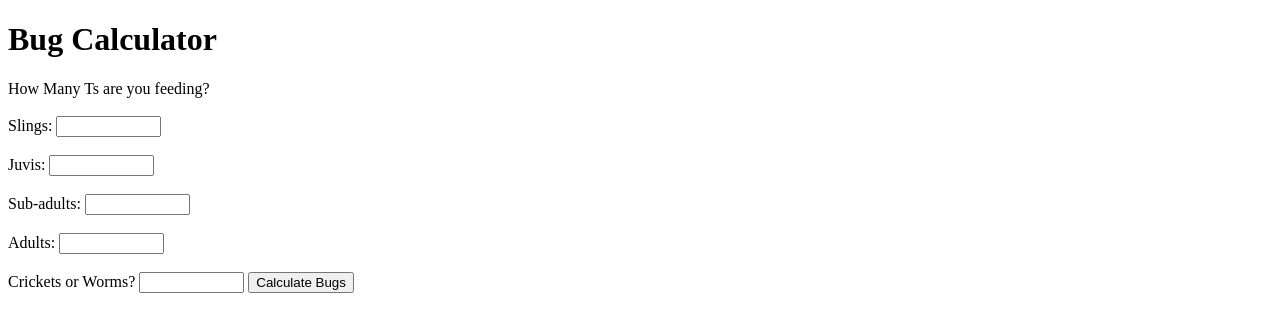
Repository: champloo2/JSPServeletCIS175
Page: http://localhost/TFeeder/bugCalc.jsp
The author's editor kept a copy of each file at every save. The page is drawn from the files as they stood at one save, then again after the next save.
The browser window is 1280 px wide. The pictures show the whole page.
The page is served by Tomcat 9. Other server files are loaded and not shown.

Above is the page before, as saved 2020-02-12 05:39:53.

### TFeeder/WebContent/bugCalc.jsp
<%@ page language="java" contentType="text/html; charset=ISO-8859-1"
    pageEncoding="ISO-8859-1"%>
<!DOCTYPE html>
<html>

<head>
<meta charset="ISO-8859-1">
<title>Bug Calculator</title>
</head>
<body>
<h1>Bug Calculator</h1>
<form action="bugCalcServlet" method="post">
How Many Ts are you feeding? <br /><br />
Slings:
<input type="text" name="numOfSlings" size="10"><br /><br />
Juvis:
<input type="text" name="numOfJuvis" size="10"><br /><br />
Sub-adults:
<input type="text" name="numOfSubs" size="10"><br /><br />
Adults:
<input type="text" name="numOfAdults" size="10"><br /><br />
Crickets or Worms?
<input type="text" name="feederType" size="10">
<input type="submit" value="Calculate Bugs" />
</form>
</body>
</html>

After the next save:
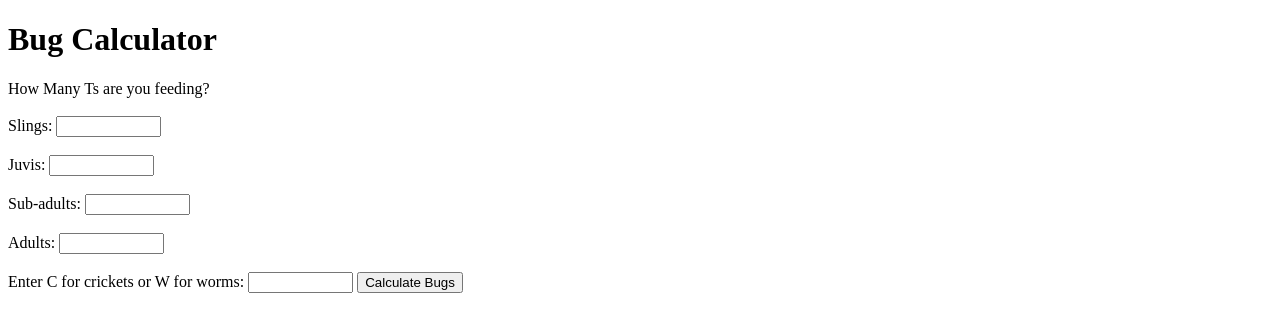
Saved 35 s later.
--- a/TFeeder/WebContent/bugCalc.jsp
+++ b/TFeeder/WebContent/bugCalc.jsp
@@ -19,7 +19,7 @@ Sub-adults:
 <input type="text" name="numOfSubs" size="10"><br /><br />
 Adults:
 <input type="text" name="numOfAdults" size="10"><br /><br />
-Crickets or Worms?
+Enter C for crickets or W for worms:
 <input type="text" name="feederType" size="10">
 <input type="submit" value="Calculate Bugs" />
 </form>
